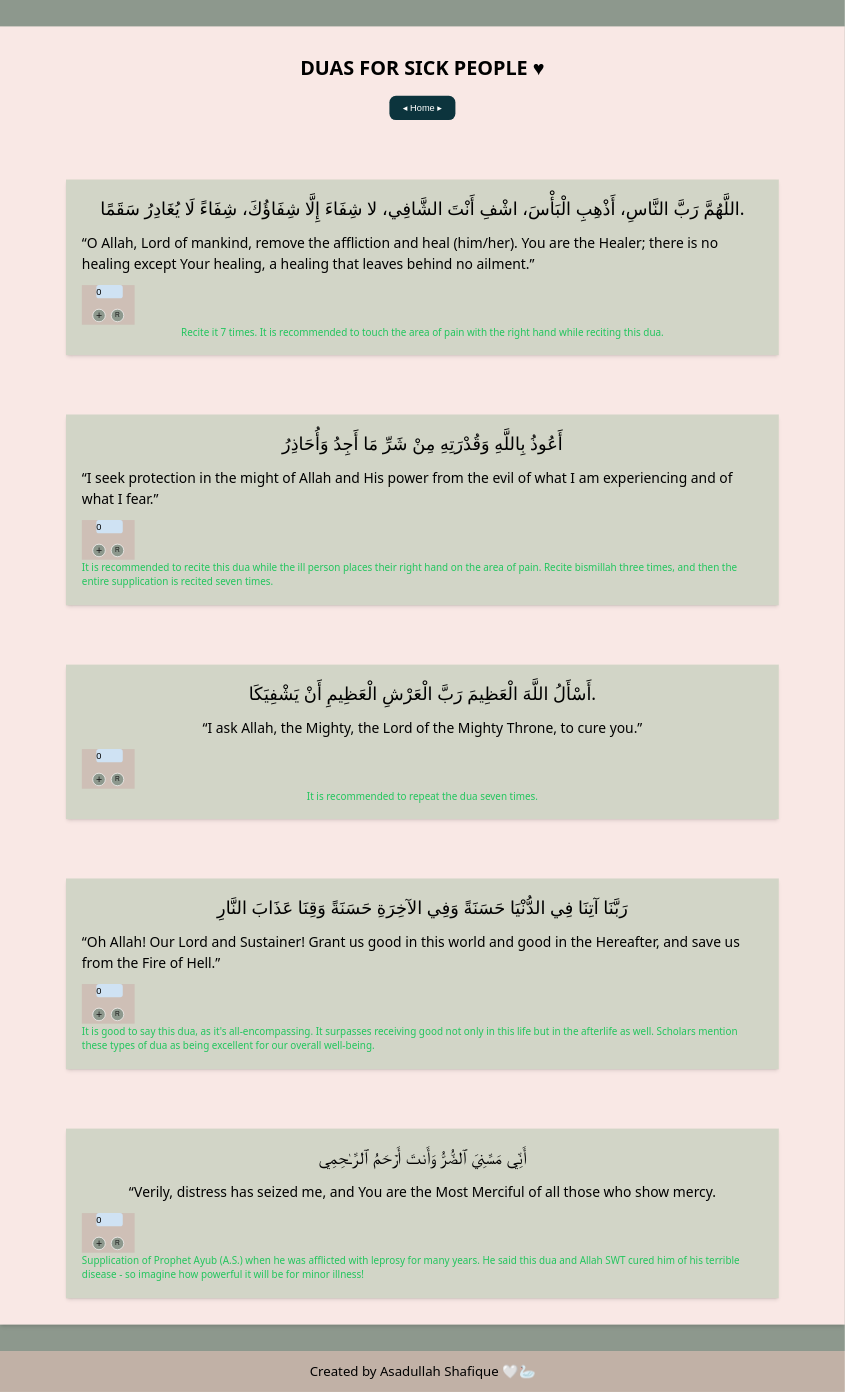
Repository: asadullah48/Duas_Diary
Page: /sick
An editor plug-in stored every save of this project. The page is shown before and after the next save, followed by the edit.
The browser window is 1280 px wide. The pictures show the whole page, at 66% of full size.
The project was rebuilt for these pictures with package versions that can differ from the ones it lists, and the page was loaded fresh each time. The framework's server and built-in components were replaced by stand-ins that run in the browser. Also part of the build but not shown: next.config.ts.

Above is the page before, as saved 2024-11-30 10:16:12.

### src/app/layout.tsx
import type { Metadata } from "next";
import localFont from "next/font/local";
import "./globals.css";
import Footer from "../components/footer";

const geistSans = localFont({
  src: "./fonts/GeistVF.woff",
  variable: "--font-geist-sans",
  weight: "100 900",
});
const geistMono = localFont({
  src: "./fonts/GeistMonoVF.woff",
  variable: "--font-geist-mono",
  weight: "100 900",
});

export const metadata: Metadata = {
  title: "Create Next App",
  description: "Generated by create next app",
};

export default function RootLayout({
  children,
}: Readonly<{
  children: React.ReactNode;
}>) {
  return (
    <html lang="en">
      <body
        className={`${geistSans.variable} ${geistMono.variable} antialiased`}
      >
        {children}
        <Footer/>
      </body>
    </html>
  );
}

### src/app/sick/page.tsx
import Link from "next/link";
import LightPinkSection from "@/components/props";
import Button from "@/components/button";

export default function Sick() {
  return (
    <div className="w-full h-auto bg-[#8D988D] flex justify-center items-center py-10">
      <div className="w-[95%] lg:w-[1300px] h-auto bg-[#F9E8E5] p-5 lg:p-10 rounded-md shadow-md">
        <div className="font-sans font-bold text-[24px] lg:text-[30px] text-black text-center mb-5">
          DUAS FOR SICK PEOPLE ♥
        </div>
        <Link href="/">
          <button className="bg-[#0c343d] text-white text-[12px] lg:text-[14px] mt-3 mb-5 mx-auto block rounded-[10px] px-5 py-2">
            ◂ Home ▸
          </button>
        </Link>

        {/* Dua Sections */}
        <LightPinkSection
          paragraph="اللَّهُمَّ رَبَّ النَّاسِ، أَذْهِبِ الْبَأْسَ، اشْفِ أَنْتَ الشَّافِي، لا شِفَاءَ إِلَّا شِفَاؤُكَ، شِفَاءً لَا يُغَادِرُ سَقَمًا."
          paragraph2="“O Allah, Lord of mankind, remove the affliction and heal (him/her). You are the Healer; there is no healing except Your healing, a healing that leaves behind no ailment.”"
          buttonText={<Button />}
          note="Recite it 7 times. It is recommended to touch the area of pain with the right hand while reciting this dua."
        />
        <LightPinkSection
          paragraph="أَعُوذُ بِاللَّهِ وَقُدْرَتِهِ مِنْ شَرِّ مَا أَجِدُ وَأُحَاذِرُ"
          paragraph2="“I seek protection in the might of Allah and His power from the evil of what I am experiencing and of what I fear.”"
          buttonText={<Button />}
          note="It is recommended to recite this dua while the ill person places their right hand on the area of pain. Recite bismillah three times, and then the entire supplication is recited seven times."
        />
        <LightPinkSection
          paragraph="أَسْأَلُ اللَّهَ الْعَظِيمَ رَبَّ الْعَرْشِ الْعَظِيمِ أَنْ يَشْفِيَكَا."
          paragraph2="“I ask Allah, the Mighty, the Lord of the Mighty Throne, to cure you.”"
          buttonText={<Button />}
          note="It is recommended to repeat the dua seven times."
        />
        <LightPinkSection
          paragraph="رَبَّنَا آتِنَا فِي الدُّنْيَا حَسَنَةً وَفِي الآخِرَةِ حَسَنَةً وَقِنَا عَذَابَ النَّارِ"
          paragraph2="“Oh Allah! Our Lord and Sustainer! Grant us good in this world and good in the Hereafter, and save us from the Fire of Hell.”"
          buttonText={<Button />}
          note="It is good to say this dua, as it's all-encompassing. It surpasses receiving good not only in this life but in the afterlife as well. Scholars mention these types of dua as being excellent for our overall well-being."
        />
        <LightPinkSection
          paragraph="أَنِّي مَسَّنِيَ ٱلضُّرُّ وَأَنتَ أَرۡحَمُ ٱلرَّـٰحِمِي"
          paragraph2="“Verily, distress has seized me, and You are the Most Merciful of all those who show mercy."
          buttonText={<Button />}
          note="Supplication of Prophet Ayub (A.S.) when he was afflicted with leprosy for many years. He said this dua and Allah SWT cured him of his terrible disease - so imagine how powerful it will be for minor illness!"
        />
      </div>
    </div>
  );
}

### src/components/footer.tsx
// components/Footer.tsx
export default function Footer() {
    return (
      <footer className="w-full bg-[#C1B1A6] py-4">
        <div className="text-center text-black font-sans text-[16px] sm:text-[18px] lg:text-[20px]">
          Created by Asadullah Shafique 🤍🦢
        </div>
      </footer>
    );
  }

### src/components/props.tsx
import { ReactNode } from "react";

type SectionProps = {
  paragraph: string;
  buttonText: ReactNode;
  paragraph2: string;
  note: string; // Allows JSX elements, strings, or components
};

export default function LightPinkSection({
  paragraph,
  buttonText,
  paragraph2,
  note,
}: SectionProps) {
  return (
    <div className="w-[90%] bg-[#2680412f] p-6 rounded-lg mx-auto shadow-md mt-[90px]">
      <p className="text-black text-[27px] font-sans mb-4 flex justify-center">
        {paragraph}
      </p>
      <p className="text-black text-[21px] font-sans mb-4 flex justify-center">
        {paragraph2}
      </p>
      <div>{buttonText}</div>
      <p className="text-green-500 text-[15px] font-sans flex justify-center">
        {note}
      </p>
    </div>
  );
}

### src/components/button.tsx
"use client";

import { useState } from "react";

export default function Button() {
  // hook, event ke against ui ko update krna
  let [count, setcount] = useState(0); //returns array ik element hota hai jese yaha pr 0 hai  ik function aur jo function hota hai woh humari value hoti h
  console.log(count);

  const handleClick = () => {
    setcount(count + 1); //re-renders new value
  };

  const handleReset = () => {
    setcount(0); // reset back to 0
  };

  return (
    <div className="bg-[#CEBFB6] w-[80px] h-[60px] flex flex-col items-center justify-between">
      <p className="text-black w-[40px] flex text-sm bg-[#cfe2f3] rounded ml-1">
        {count}
      </p>

      <div className="flex space-x-2 mt-2">
        <button
          onClick={handleClick}
          className="bg-[#8D988D] w-[20px] h-[20px] px-1 py-1 rounded-full border mt-1 mb-1 border-white flex items-center justify-center text-center"
        >
          +
        </button>

        {/* Reset Button */}
        <button
          onClick={handleReset}
          className="bg-[#8D988D] w-[20px] h-[20px] px-1 py-1 rounded-full border mt-1 mb-1 border-white flex items-center justify-center text-[10px] text-center"
        >
          R
        </button>
      </div>
    </div>
  );
}

Loaded but not shown: src/app/globals.css (common file); tailwind.config.ts (common file)

After the next save:
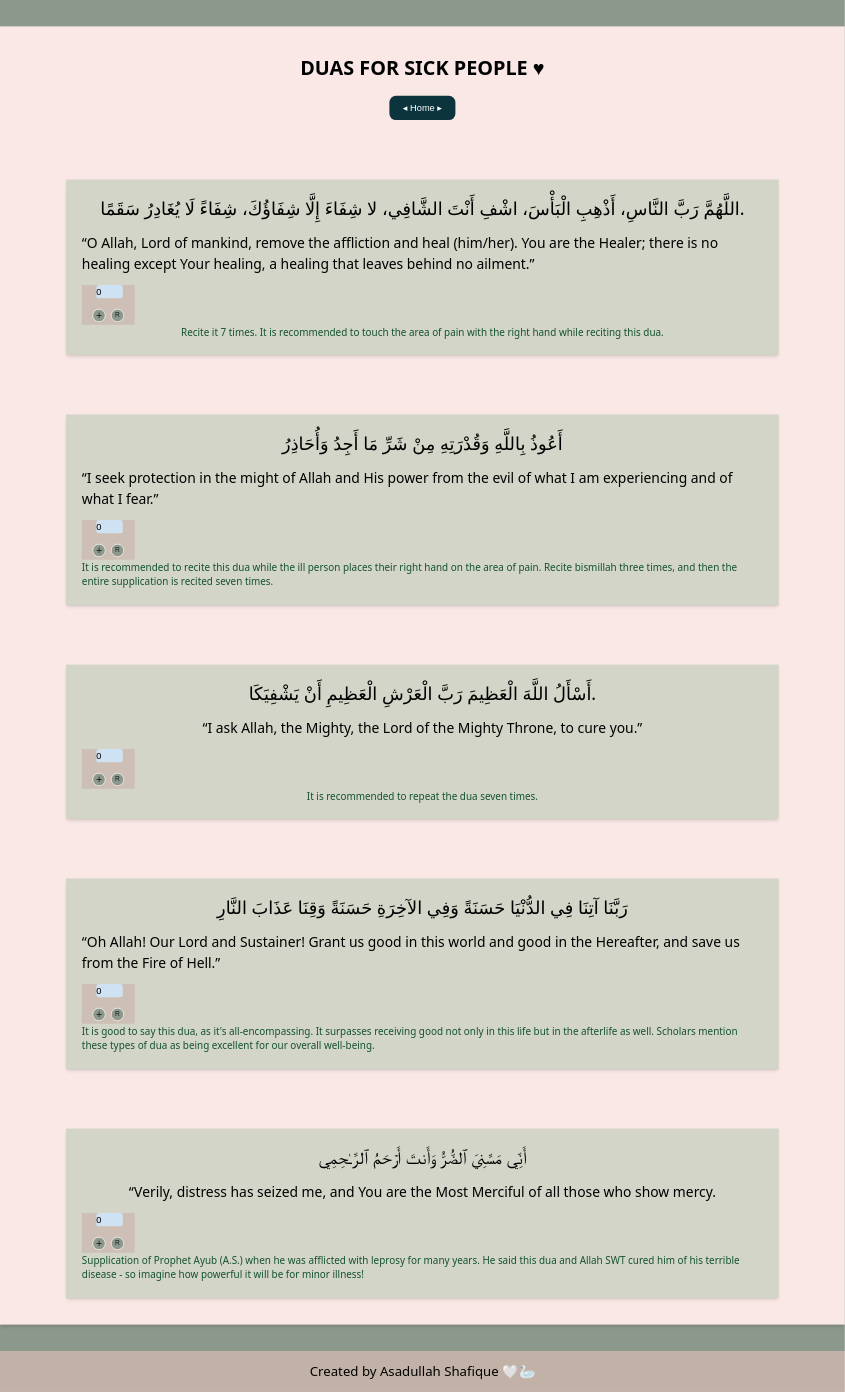
Saved 9 s later.
--- a/src/components/props.tsx
+++ b/src/components/props.tsx
@@ -22,7 +22,7 @@ export default function LightPinkSection({
         {paragraph2}
       </p>
       <div>{buttonText}</div>
-      <p className="text-green-500 text-[15px] font-sans flex justify-center">
+      <p className="text-green-900 text-[15px] font-sans flex justify-center">
         {note}
       </p>
     </div>
